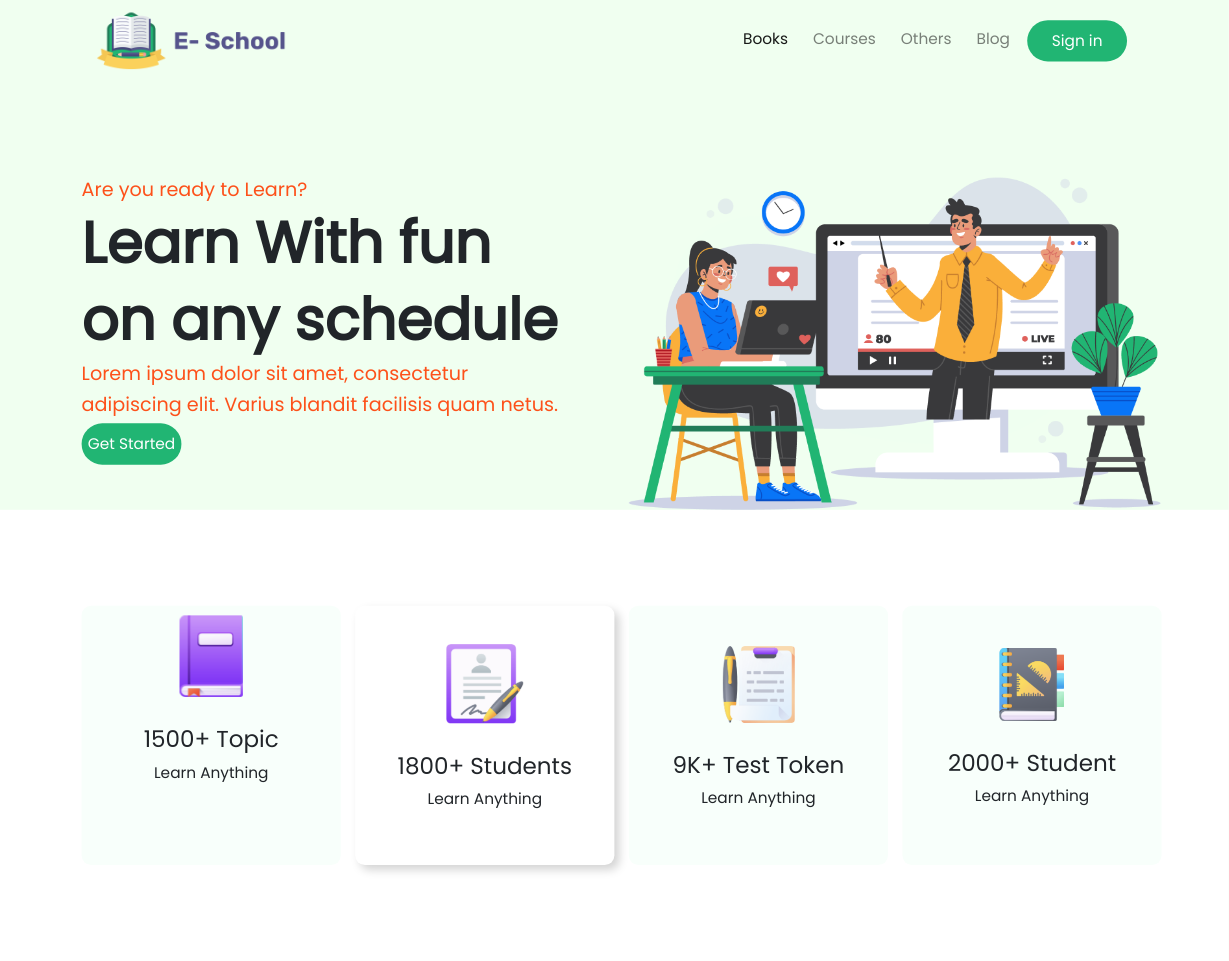
Repository: mohsinfarabi/e-school
Page: index.html
The author's editor kept a copy of each file at every save. The page is drawn from the files as they stood at one save, then again after the next save.
The browser window is 1280 px wide. The pictures show the whole page, at 96% of full size.

Above is the page before, as saved 2020-07-08 18:37:32.

### index.html
<!DOCTYPE html>
<html lang="en">

<head>
    <meta charset="UTF-8">
    <meta name="viewport" content="width=device-width, initial-scale=1.0">
    <link rel="stylesheet" href="css/bootstrap/css/bootstrap.min.css">
    <link rel="stylesheet" href="style.css">
    <link href="https://fonts.googleapis.com/css2?family=Poppins" rel="stylesheet">
    <title>E-School</title>
</head>

<body>
    <section class="top-part">
        <div class="container">
            <nav class="navbar navbar-expand-lg navbar-light bg-transparent">
                <a class="navbar-brand" href="#"><img src="images/icon/Logo.png " alt=" "></a>
                </a>
                <button class="navbar-toggler" type="button" data-toggle="collapse" data-target="#navbarNav" aria-controls="navbarNav" aria-expanded="false" aria-label="Toggle navigation">
                  <span class="navbar-toggler-icon"></span>
                </button>

                <div class="collapse navbar-collapse" id="navbarNav">
                    <ul class="navbar-nav ml-auto">
                        <li class="nav-item active ">
                            <a class="nav-link " href="#books ">Books</a>
                        </li>
                        <li class="nav-item ">
                            <a class="nav-link " href="#courses ">Courses</a>
                        </li>
                        <li class="nav-item ">
                            <a class="nav-link " href="#others ">Others</a>
                        </li>
                        <li class="nav-item ">
                            <a class="nav-link " href="#blog ">Blog</a>
                        </li>
                        <li class="nav-item ">
                            <button class="sign-in">Sign in</button>
                        </li>

                    </ul>
                </div>

            </nav>
        </div>
        <div class="container">
            <div class="row top">
                <div class="col-md-6">

                    <h5>Are you ready to Learn?</h5>
                    <h1>Learn With fun </h1>
                    <h1>on any schedule</h1>

                    <h5>Lorem ipsum dolor sit amet, consectetur </h5>
                    <h5>adipiscing elit. Varius blandit facilisis quam netus.</h5>

                    <button class="sign-in">Get Started</button>

                </div>
                <div class="col-md-6">

                    <img src="images/Photos/Illustration.png" alt="">
                </div>
            </div>
        </div>
    </section>

    <div class="container categories">
        <div class="row">
            <div class="col-md-3">
                <div class="cat1 d-flex flex-column align-items-center">

                    <img src="images/icon/book.png" alt="">

                    <h4>1500+ Topic</h4>
                    <p>Learn Anything</p>
                </div>
            </div>
            <div class="col-md-3">
                <div class="cat2 h-100 d-flex flex-column justify-content-center align-items-center">

                    <img src="images/icon/Student.png" alt="">

                    <h4>1800+ Students</h4>
                    <p>Learn Anything</p>
                </div>
            </div>
            <div class="col-md-3">
                <div class="cat3 h-100 d-flex flex-column justify-content-center align-items-center">

                    <img src="images/icon/Test.png" alt="">

                    <h4>9K+ Test Token</h4>
                    <p>Learn Anything</p>
                </div>
            </div>
            <div class="col-md-3">
                <div class="cat4 h-100 d-flex flex-column justify-content-center align-items-center">

                    <img src="images/icon/Students.png" alt="">

                    <h4>2000+ Student</h4>
                    <p>Learn Anything</p>

                </div>
            </div>
        </div>
    </div>












    <script src="https://code.jquery.com/jquery-3.5.1.slim.min.js " integrity="sha384-DfXdz2htPH0lsSSs5nCTpuj/zy4C+OGpamoFVy38MVBnE+IbbVYUew+OrCXaRkfj " crossorigin="anonymous "></script>
    <script src="https://cdn.jsdelivr.net/npm/popper.js@1.16.0/dist/umd/popper.min.js " integrity="sha384-Q6E9RHvbIyZFJoft+2mJbHaEWldlvI9IOYy5n3zV9zzTtmI3UksdQRVvoxMfooAo " crossorigin="anonymous "></script>
    <script src="https://stackpath.bootstrapcdn.com/bootstrap/4.5.0/js/bootstrap.min.js " integrity="sha384-OgVRvuATP1z7JjHLkuOU7Xw704+h835Lr+6QL9UvYjZE3Ipu6Tp75j7Bh/kR0JKI " crossorigin="anonymous "></script>
</body>

</html>

### style.css
body {
    font-family: 'Poppins', sans-serif;
}

.container {
    margin-bottom: 100px;
}

.top-part {
    background-color: #F0FFF0;
}

.bg-light {
    background-color: #F0FFF0;
}

.navbar img {
    width: 198.07px;
    height: 59px;
}

.nav-item {
    padding: 5px;
    color: black;
}

.sign-in {
    width: 104px;
    height: 43px;
    border: none;
    background: #21B573;
    border-radius: 33px;
    color: white;
}

.top h5 {
    color: #FD511A;
}

.top h1 {
    font-weight: 700;
    font-size: 60px;
}

.top img {
    width: 554px;
    height: 346px;
}

.cat1,
.cat2,
.cat3,
.cat4 {
    width: 270px;
    height: 270px;
    padding: 10px 30px;
    border-radius: 10px;
    border: none;
}

.cat2 {
    box-shadow: 5px 5px 10px lightgray;
}

.cat1,
.cat3,
.cat4 {
    background-color: #F8FFFB;
}

.cat1 img {
    width: 66px;
    height: 85px;
    margin-bottom: 30px;
}

.cat2 img {
    width: 80px;
    height: 83px;
    margin-bottom: 30px;
}

.cat3 img {
    width: 75px;
    height: 80px;
    margin-bottom: 30px;
}

.cat4 img {
    width: 68px;
    height: 76px;
    margin-bottom: 30px;
}

Loaded but not shown: css/bootstrap/css/bootstrap.min.css (library)

After the next save:
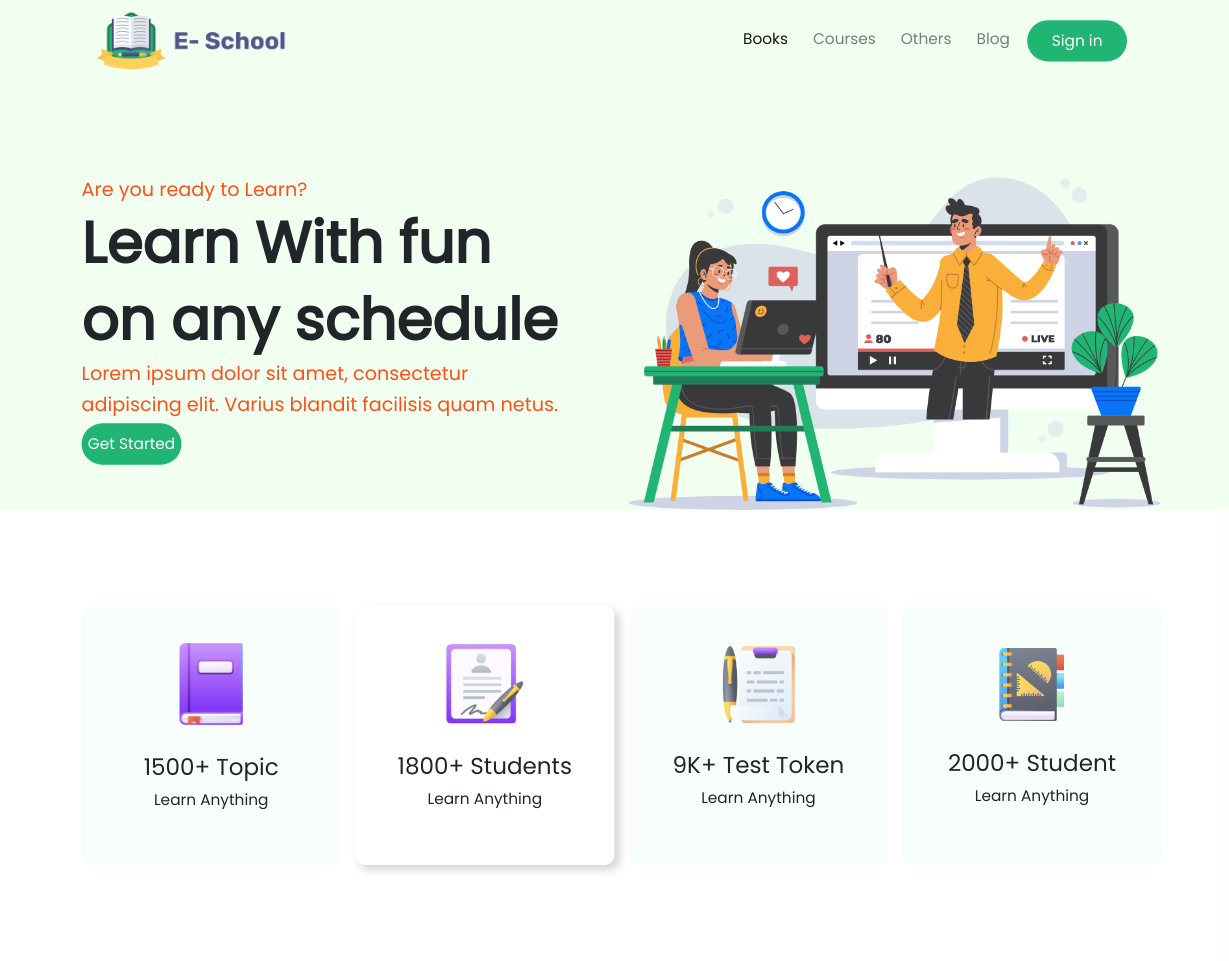
Saved 10 s later.
--- a/index.html
+++ b/index.html
@@ -68,7 +68,7 @@
     <div class="container categories">
         <div class="row">
             <div class="col-md-3">
-                <div class="cat1 d-flex flex-column align-items-center">
+                <div class="cat1 d-flex flex-column justify-content-center align-items-center">
 
                     <img src="images/icon/book.png" alt="">
 
